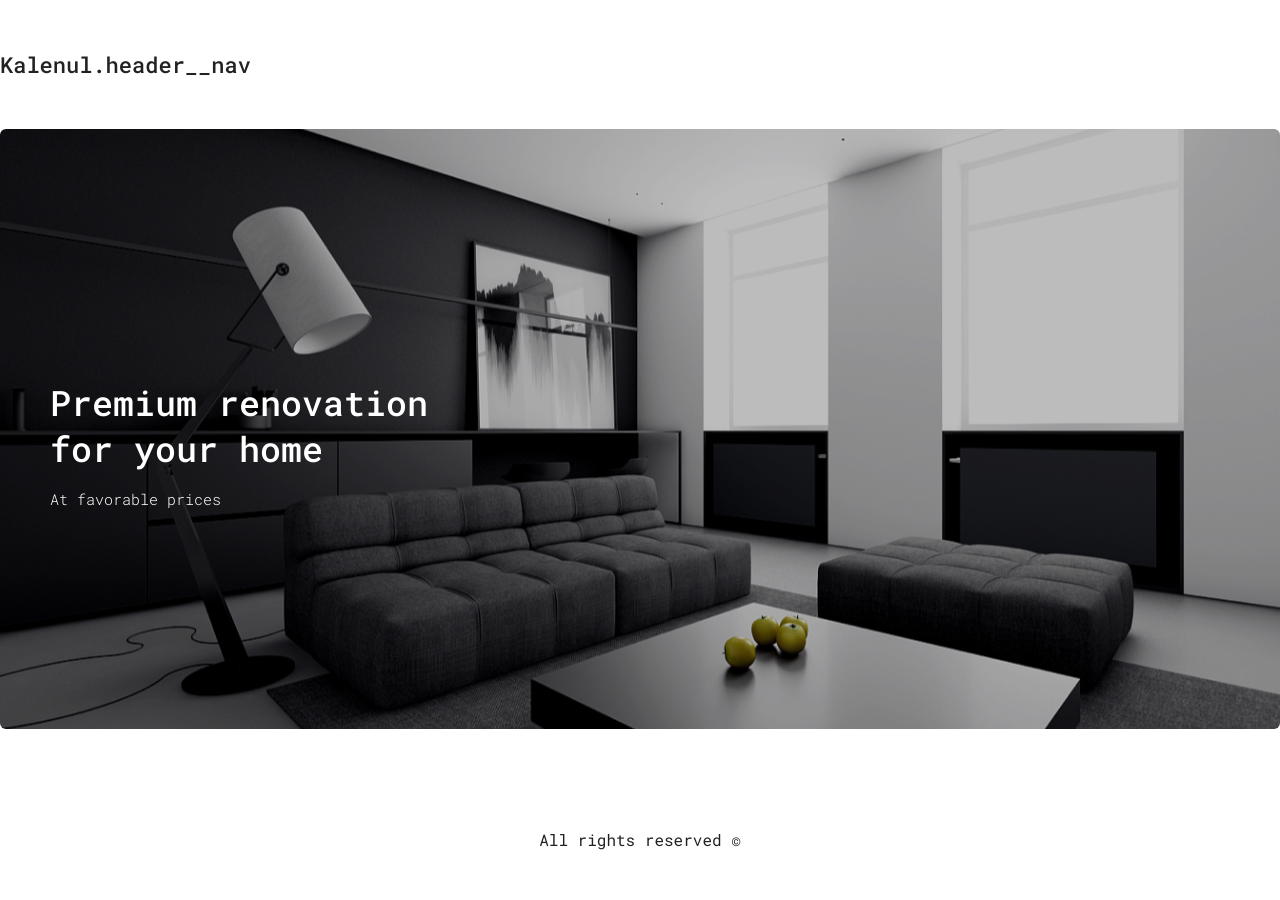
Repository: luckystar20206/e-commerce-react
Page: /
These files come from the project's save history. The page is drawn as it stood at one moment and after a run of saves; the edit follows.
The browser window is 1280 px wide. The pictures show the whole page.
The project was rebuilt for these pictures with package versions that can differ from the ones it lists, and the page was loaded fresh each time.

Above is the page before, as saved 2022-11-30 00:05:34.

### public/index.html
<!DOCTYPE html>
<html lang="ru">
	<head>
    	<meta charset="utf-8" />
    	<link rel="shortcut icon" href="logo.svg" type="image/png">
    	<meta name="viewport" content="width=device-width, initial-scale=1" />
    	<title>Kalen | apartments</title>
		<meta name="keywords" content="Premium renovation for your apartments">
    	<meta name="discription" content="Kalen professionally transform your apartments, taking into account all the details of the repair.">
		<link rel="preconnect" href="https://fonts.googleapis.com">
		<link rel="preconnect" href="https://fonts.gstatic.com" crossorigin>
		<link href="https://fonts.googleapis.com/css2?family=Roboto+Mono:wght@300;400;500&display=swap" rel="stylesheet">
	</head>
	<body>
    	<noscript>You need to enable JavaScript to run this app.</noscript>

    	<div id="root"></div>

  	</body>
</html>

### src/index.css
* {
	margin: 0;
	padding: 0;
}

body {
	background: #fff;
	color: #222;
	font-family: 'Roboto Mono', monospace;
}


.app {
	width: 1280px;
	margin: 50px auto;
}

.header {
	font-weight: 500;
	font-size: 22px;
}

.header__images {
	margin: 50px auto;
	background: url('./img/main_img.jpg') no-repeat;
	background-size: cover;
	background-position: center center;
	background-blend-mode: multiply;
	background-color: #bcbcbc;
	border-radius: 6px;
	width: 100%;
	height: 600px;
	position: relative;
}

.header__images::after {
	content: 'Premium renovation for your home';
	max-width: 400px;
	position: absolute;
	top: 250px;
	left: 50px;
	font-size: 35px;
	font-weight: 500;
	color: #fff
}

.header__images::before {
	content: 'At favorable prices';
	position: absolute;
	top: 360px;
	left: 50px;
	font-size: 15px;
	font-weight: 300;
	color: #fff
}

footer {
	text-align: center;
	margin-top: 100px;
}

### src/App.js
import React from 'react'
import Header from './components/Header'
import Footer from './components/Footer'

export default function App() {
  	return (
		<div className='app'>
			<Header />
			<Footer />
		</div>
  	)
}

### src/components/Header.jsx
import React from 'react'

export default function Header() {
    return (
        <header>
            <div className='header'>
                <span className="header__logo">Kalen</span>
                ul.header__nav
            </div>
            <div className='header__images'></div>
        </header>
    )
}

### src/components/Footer.jsx
import React from 'react'

export default function Footer() {
    return (
        <footer>
            <p>All rights reserved &copy;</p>
        </footer>
    )
}

Loaded but not shown: src/index.js (common file)

After the next 2 saves:
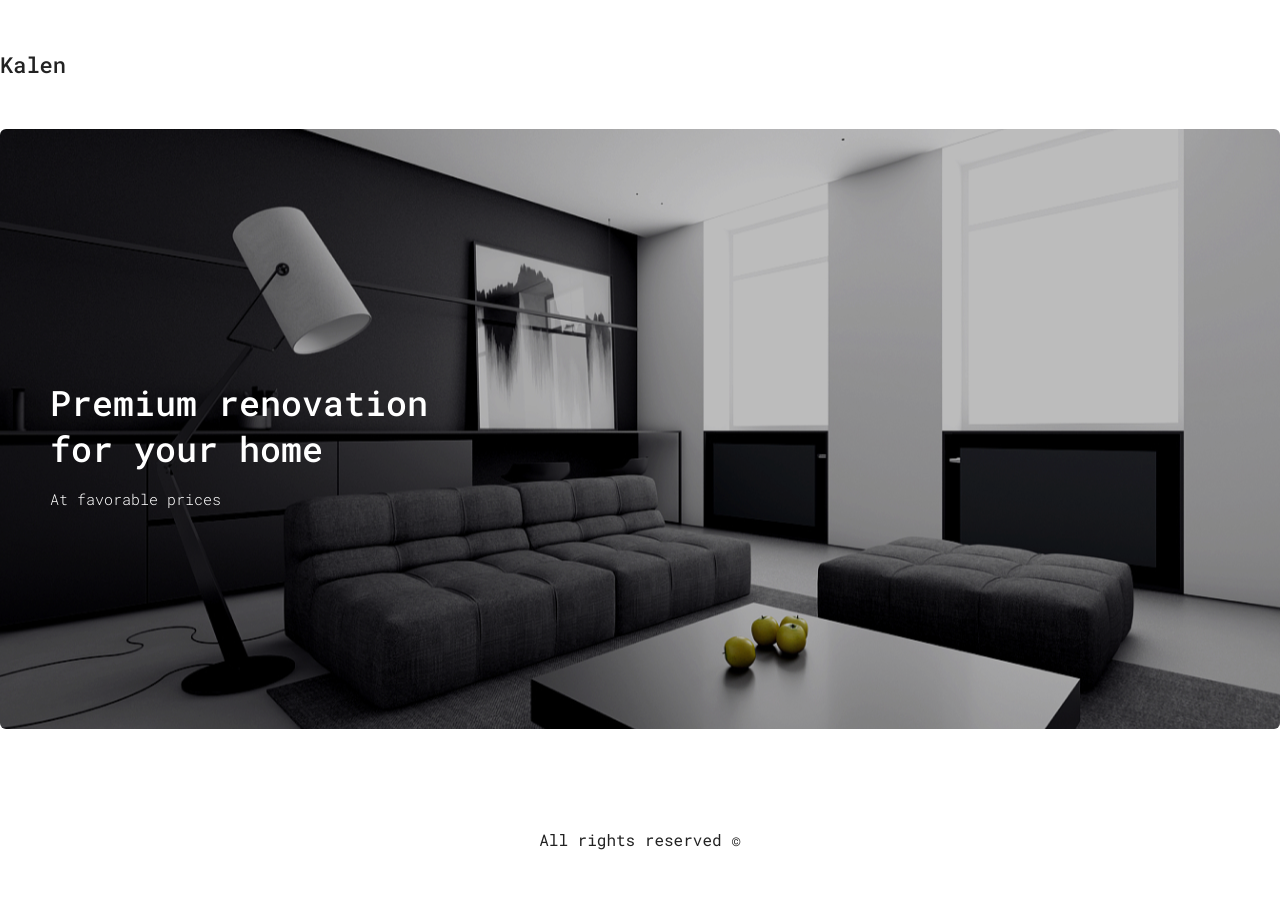
The 2 saves are shown as one change because they came seconds apart.
The last was saved 5 s later.
--- a/src/components/Header.jsx
+++ b/src/components/Header.jsx
@@ -5,7 +5,9 @@ export default function Header() {
         <header>
             <div className='header'>
                 <span className="header__logo">Kalen</span>
-                ul.header__nav
+                <ul className="header__nav">
+
+                </ul>
             </div>
             <div className='header__images'></div>
         </header>
